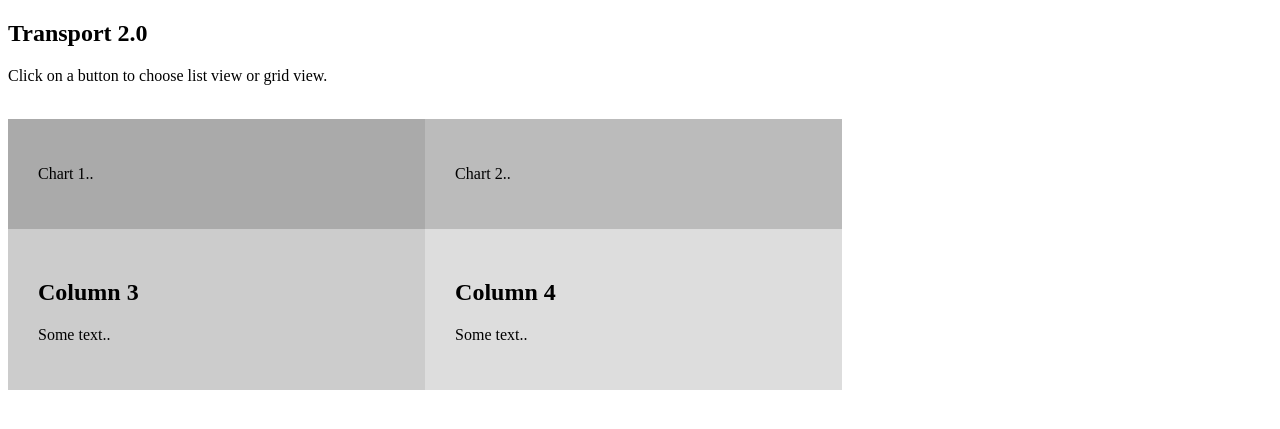
Repository: manjuladevadoss/DemoProject
Page: Eclipseworkspace/DemoPro/html/CCDisplay.html
An editor plug-in stored every save of this project. The page is shown before and after the next save, followed by the edit.
The browser window is 1280 px wide. The pictures show the whole page.

Above is the page before, as saved 2019-02-19 08:54:42.

After the next save:
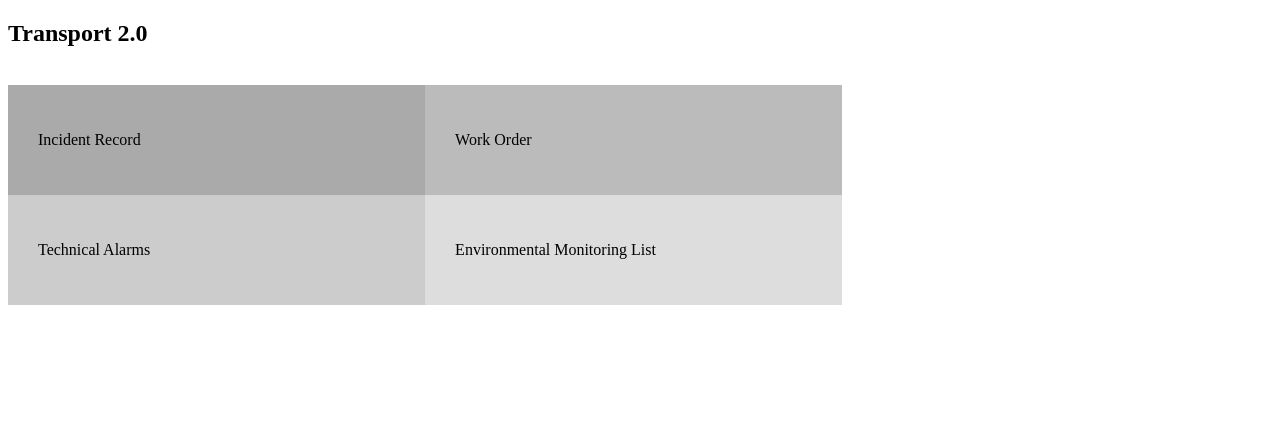
Saved 112 s later.
--- a/Eclipseworkspace/DemoPro/html/CCDisplay.html
+++ b/Eclipseworkspace/DemoPro/html/CCDisplay.html
@@ -43,32 +43,30 @@
 
 <h2>Transport 2.0</h2>
 
-<p>Click on a button to choose list view or grid view.</p>
-
 <br>
 
 <div class="row">
   <div class="column" style="background-color:#aaa;">
-  <p>Chart 1..</p>
+  <p>Incident Record</p>
   </div>
   <div class="column" style="background-color:#bbb;">
-  <p>Chart 2..</p>
+  <p>Work Order</p>
   </div>
 </div>
 
 <div class="row">
   <div class="column" style="background-color:#ccc;">
-    <h2>Column 3</h2>
-    <p>Some text..</p>
+    <p>Technical Alarms</p>
   </div>
   <div class="column" style="background-color:#ddd;">
-    <h2>Column 4</h2>
-    <p>Some text..</p>
+    <p>Environmental Monitoring List</p>
   </div>
 
 </div>
 
 
 
+
+
 </body>
 </html>
